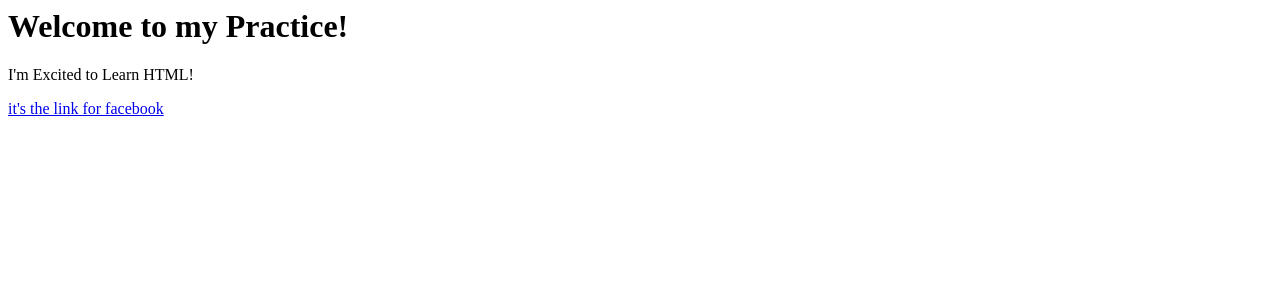
Repository: MonwarAdeeb/Bista_Solutions
Page: HTML & CSS/HTML/Level One/005. Assessment.html
These files come from the project's save history. The page is drawn as it stood at one moment and after a run of saves; the edit follows.
The browser window is 1280 px wide. The pictures show the whole page.

Above is the page before, as saved 2021-05-19 15:17:13.

### HTML & CSS/HTML/Level One/005. Assessment.html
<html lang="en">
<head>
    <meta charset="UTF-8">
    <meta http-equiv="X-UA-Compatible" content="IE=edge">
    <meta name="viewport" content="width=device-width, initial-scale=1.0">
    <title>Assessment</title>
</head>
<body>
    <h1>Welcome to my Practice!</h1>

    <p>I'm Excited to Learn HTML!</p>

    <a href="https://www.facebook.com">
        it's the link for facebook
    </a>

</body>
</html>

After the next 3 saves:
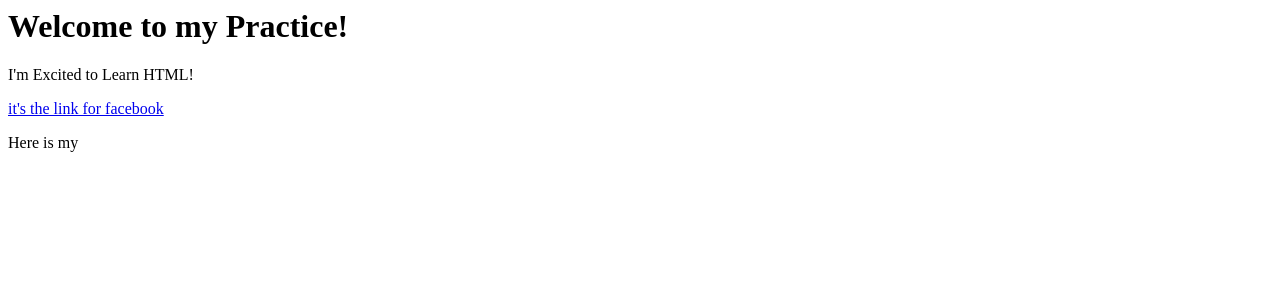
The 3 saves are shown as one change because they came seconds apart.
The last was saved 37 s later.
--- a/HTML & CSS/HTML/Level One/005. Assessment.html
+++ b/HTML & CSS/HTML/Level One/005. Assessment.html
@@ -14,5 +14,7 @@
         it's the link for facebook
     </a>
 
+    <p>Here is my </p>
+
 </body>
 </html>
